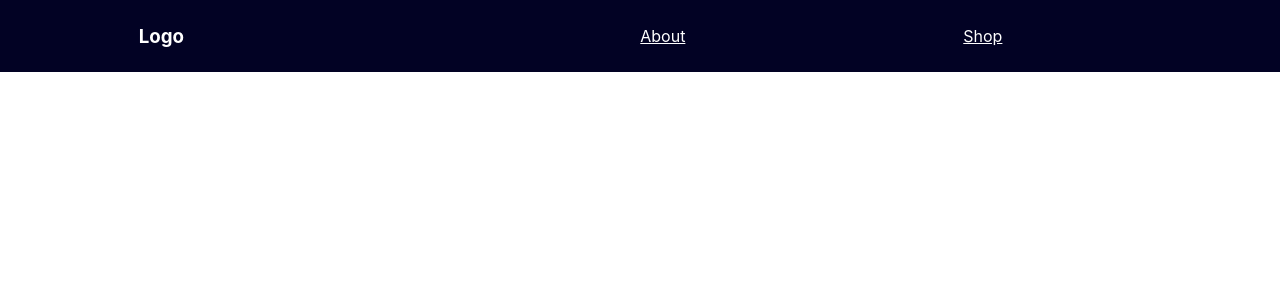
Repository: patrik-fredlund/React-router-tutorial
Page: /shop
The author's editor kept a copy of each file at every save. The page is drawn from the files as they stood at one save, then again after the next save.
The browser window is 1280 px wide. The pictures show the whole page.
The page's requests for data from a server got no answer. The project was rebuilt for these pictures with package versions that can differ from the ones it lists, and the page was loaded fresh each time. No one was signed in, and anything a server would have sent is missing. Also part of the build but not shown: src/About.js, src/Home.js.

Above is the page before, as saved 2021-04-02 20:46:22.

### public/index.html
<!DOCTYPE html>
<html lang="en">

<head>
  <meta charset="utf-8" />
  <link rel="icon" href="%PUBLIC_URL%/favicon.ico" />
  <meta name="viewport" content="width=device-width, initial-scale=1" />
  <meta name="theme-color" content="#000000" />
  <meta name="description" content="Web site created using create-react-app" />
  <link rel="apple-touch-icon" href="%PUBLIC_URL%/logo192.png" />

  <link rel="manifest" href="%PUBLIC_URL%/manifest.json" />

  <title>React Router tutorial</title>
</head>

<body>
  <noscript>You need to enable JavaScript to run this app.</noscript>
  <div id="root"></div>

</body>

</html>

### src/App.js
import './App.css';
import { Nav } from './Nav';
import { About } from './About';
import { Shop } from './Shop';
import { Home } from './Home';
import { BrowserRouter as Router, Switch, Route } from 'react-router-dom';

function App() {
  return (
    <Router>
      <div className='App'>
        <Nav />
        <Route path='/' exact component={Home} />
        <Route path='/about' component={About} />
        <Route path='/shop' component={Shop} />
      </div>
    </Router>
  );
}

export default App;

### src/App.css
.App {
  text-align: center;
}

nav {
  display: flex;
  justify-content: space-around;
  align-items: center;
  min-height: 10vh;
  background: rgb(2, 2, 36);
  color: white;
}

.nav-links {
  width: 50%;
  display: flex;
  justify-content: space-around;
  align-items: center;
  list-style: none;
}

### src/Nav.js
import React from 'react';
import { Link } from 'react-router-dom';

export const Nav = () => {
  const navStyle = {
    color: 'white',
  };

  return (
    <nav>
      <h3>Logo</h3>
      <ul className='nav-links'>
        <Link style={navStyle} to='/about'>
          <li>About</li>
        </Link>
        <Link style={navStyle} to='/shop'>
          <li>Shop</li>
        </Link>
      </ul>
    </nav>
  );
};

### src/Shop.js
import React, { useState, useEffect } from 'react';

export const Shop = () => {
  const [data, setData] = useState([]);

  useEffect(() => {
    fetch('https://jsonplaceholder.typicode.com/posts')
      .then((response) => response.json())
      .then((data) => setData(data.splice(0, 10)));
  }, []);

  return (
    <div>
      <ul>
        {data.map((item) => {
          return <li key={item.id}>{item.body}</li>;
        })}
      </ul>
    </div>
  );
};

Loaded but not shown: src/index.js (common file); src/index.css (common file)

After the next save:
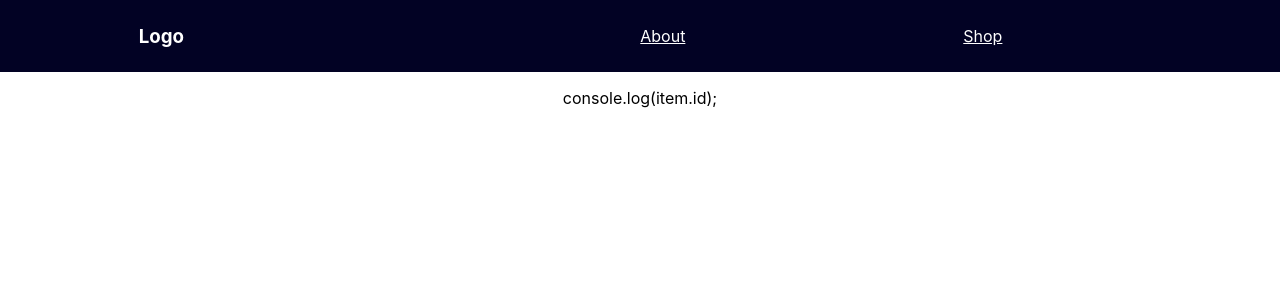
Saved 17 h 34 min later.
--- a/src/Shop.js
+++ b/src/Shop.js
@@ -16,6 +16,7 @@ export const Shop = () => {
           return <li key={item.id}>{item.body}</li>;
         })}
       </ul>
+      console.log(item.id);
     </div>
   );
 };
